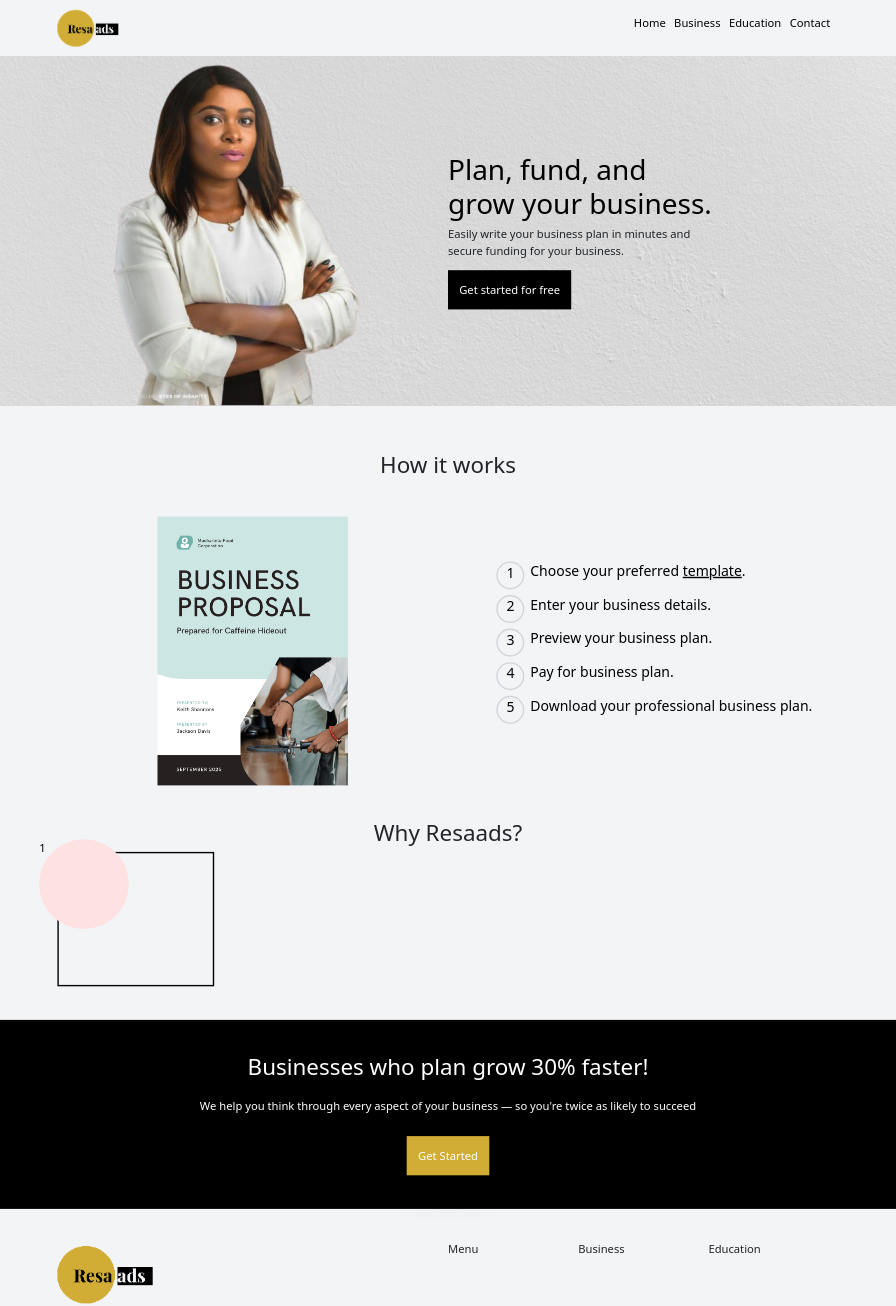
Repository: latenightsnacc/resaads-consults
Page: index.html
An editor plug-in stored every save of this project. The page is shown before and after the next save, followed by the edit.
The browser window is 1280 px wide. The pictures show the whole page, at 70% of full size.
Some web libraries are served in a nearby version.

Above is the page before, as saved 2021-08-05 12:34:37.

After the next save:
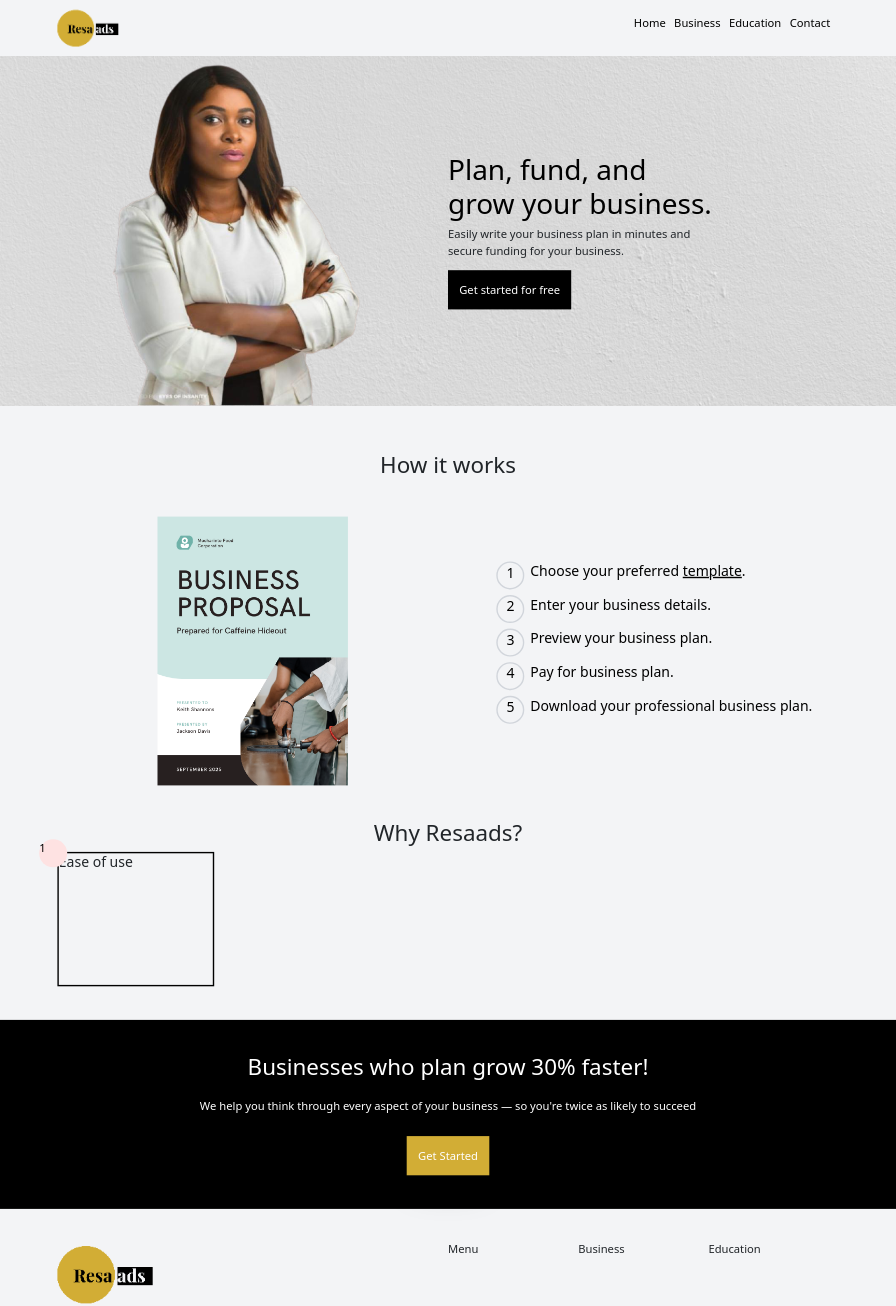
Saved 43 s later.
--- a/index.html
+++ b/index.html
@@ -125,10 +125,10 @@
                         <div class="relative w-56 h-48 hover:shadow-2xl border-2 border-black">
                             <div class="absolute -left-7 -top-5">
                                 <div class="">
-                                    <div class="text-black bg-red-100 rounded-full w-32 h-32">1</div>
+                                    <div class="text-black bg-red-100 rounded-full w-10 h-10">1</div>
                                 </div>
                             </div>
-                            <p>Ease of use</p>
+                            <h5>Ease of use</h5>
                         </div>
                     </div>
                     <div class="w-1/3"></div>
